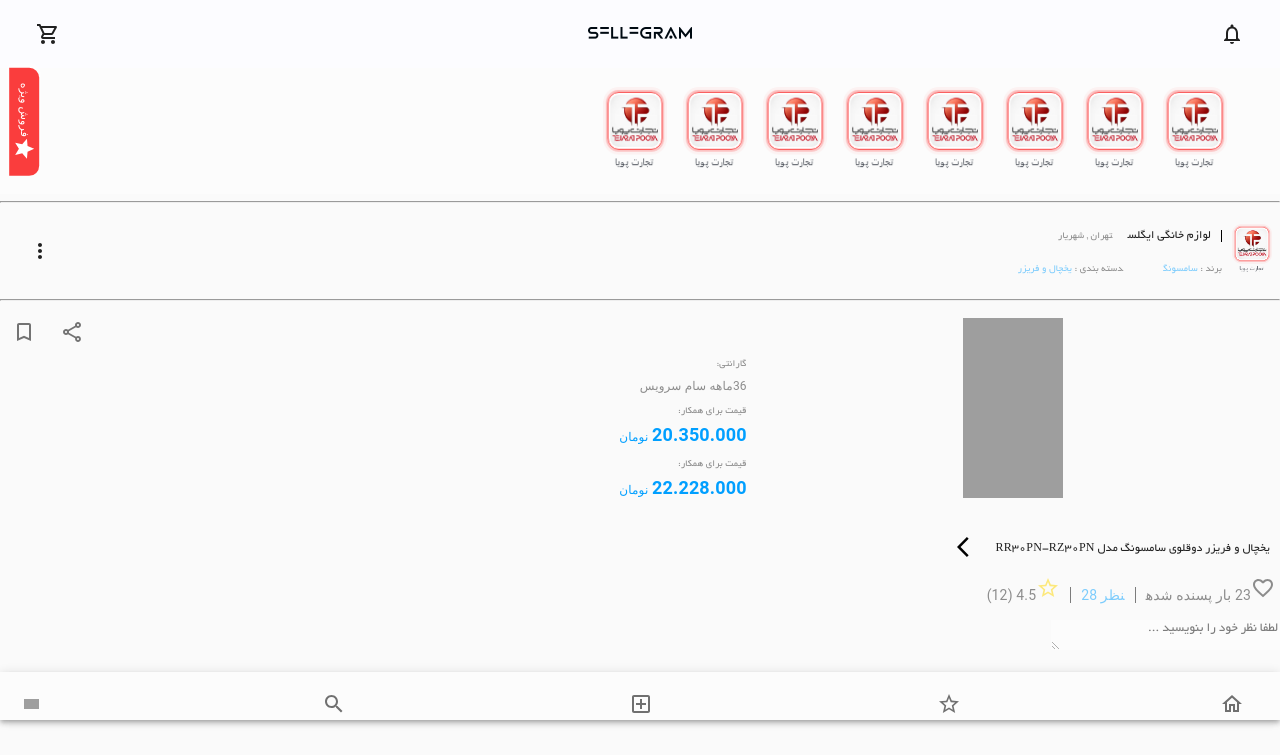
Repository: sadegh1379/selegram
Page: /login-4
These files come from the project's save history. The page is drawn as it stood at one moment and after a run of saves; the edit follows.
The browser window is 1280 px wide. The pictures show the whole page.
Pictures or frames that could not be fetched are drawn as grey boxes. The project was rebuilt for these pictures with package versions that can differ from the ones it lists, and the page was loaded fresh each time. Also part of the build but not shown: src/components/login/Login.js, src/components/login/LoginOne.js, src/components/login/LoginThree.js.

Above is the page before, as saved 2020-09-09 14:40:19.

### public/index.html
<!DOCTYPE html>
<html lang="en">
  <head>
    <meta charset="utf-8" />
    <link rel="icon" href="%PUBLIC_URL%/favicon.ico" />
    <meta
      name="viewport"
      content="minimum-scale=1, initial-scale=1, width=device-width"
    />
    <meta name="theme-color" content="#000000" />
    <meta
      name="description"
      content="Web site created using create-react-app"
    />
    <link rel="apple-touch-icon" href="%PUBLIC_URL%/logo192.png" />
    <!--
      manifest.json provides metadata used when your web app is installed on a
      user's mobile device or desktop. See https://developers.google.com/web/fundamentals/web-app-manifest/
    -->
    <link rel="manifest" href="%PUBLIC_URL%/manifest.json" />
    <!--
      Notice the use of %PUBLIC_URL% in the tags above.
      It will be replaced with the URL of the `public` folder during the build.
      Only files inside the `public` folder can be referenced from the HTML.

      Unlike "/favicon.ico" or "favicon.ico", "%PUBLIC_URL%/favicon.ico" will
      work correctly both with client-side routing and a non-root public URL.
      Learn how to configure a non-root public URL by running `npm run build`.
    -->
    <title>React App</title>
  </head>
  <body dir="rtl">
    <noscript>You need to enable JavaScript to run this app.</noscript>
    <div id="root"></div>
    <!--
      This HTML file is a template.
      If you open it directly in the browser, you will see an empty page.

      You can add webfonts, meta tags, or analytics to this file.
      The build step will place the bundled scripts into the <body> tag.

      To begin the development, run `npm start` or `yarn start`.
      To create a production bundle, use `npm run build` or `yarn build`.
    -->
  </body>
</html>

### src/index.js
import React from 'react';
import ReactDOM from 'react-dom';
import App from './App';
import { createMuiTheme, ThemeProvider } from '@material-ui/core/styles';
import RTL from './RTL';
import {BrowserRouter as Router} from 'react-router-dom';
// import '../node_modules/bootstrap/dist/css/bootstrap.css';
import {DataProvider} from './context'

const theme = createMuiTheme({
  direction: 'rtl', // Both here and <body dir="rtl">
});

ReactDOM.render(
      <ThemeProvider theme={theme}>
                      <RTL>
                          <Router>
                              <DataProvider>
                                    <App />
                              </DataProvider>
                          </Router>
                      </RTL>
      </ThemeProvider>
  ,
  document.getElementById('root')
);

### src/App.js
import React from 'react';
import './App.css';
import {Switch , Route} from 'react-router-dom';

import Login from './components/login/Login';
import LoginOne from './components/login/LoginOne';
import LoginThree from './components/login/LoginThree';
import LoginFour from './components/body/LoginFour'

function App() {
  return (
    <div className="App">
      <Switch>
        <Route exact path="/" component={(props)=><Login {...props}/>} />
        <Route exact path="/login-1" component={(props)=><LoginOne {...props}/>} />
        <Route exact path="/login-3" component={(props)=><LoginThree {...props}/>} />
        <Route exact path="/login-4" component={(props)=><LoginFour {...props}/>} />
      </Switch>
    </div>
  );
}

export default App;

### src/RTL.js
import React from 'react'
import { create } from 'jss';
import rtl from 'jss-rtl';
import { StylesProvider, jssPreset } from '@material-ui/core/styles';

// Configure JSS
const jss = create({ plugins: [...jssPreset().plugins, rtl()] });

function RTL(props) {
  return (
    <StylesProvider jss={jss}>
      {props.children}
    </StylesProvider>
  );
}

export default RTL;

### src/context.js
import React , {createContext ,Component}  from 'react';

const context = createContext()

 class DataProvider extends Component {
    constructor(props){
        super(props);

        this.state={
            kala:[{
                name:'sadegh',
                img:'./img/kala.png'
            },
            {
                name:'sadegh',
                img:'./img/kala.png'
            },
            {
                name:'sadegh',
                img:'./img/kala.png'
            },
            {
                name:'sadegh',
                img:'./img/kala.png'
            },
            {
                name:'sadegh',
                img:'./img/kala.png'
            },
            {
                name:'sadegh',
                img:'./img/kala.png'
            },
            {
                name:'sadegh',
                img:'./img/kala.png'
            },
            {
                name:'sadegh',
                img:'./img/kala.png'
            }
        ],
        select:'./img/ice.png'
        }
    }
    render() {
        return (
            <context.Provider value={{
                    ...this.state
            }}>
                {this.props.children}
            </context.Provider>
        )
    }
}

const DataConsumer = context.Consumer;

export { DataProvider , DataConsumer , context};

### src/App.css
@font-face {
    font-family: BYekan;
    src: url('./font/BYekan.ttf') , url('./font/BYekan.eot') , url('./font/BYekan.woff');
  }

html , body , #root{
    margin: 0px ;
    padding:0px;

}
.font-yekan{
    font-family: BYekan !important;
  }
label{
    color:#034DA2 !important;
    font-size: 14px;

    font-weight: small !important;

    margin-right: 10px;
    font-family: BYekan !important;
}

.color-text{
  color:#404D66
}

.no-scroll::-webkit-scrollbar{
  display: none;

}
.no-scroll{
  -ms-overflow-style: none ;
  scrollbar-width: none;
}

.lighblue{
  color:#009FFF;
}
.font-10-px{
  font-size: 10px;
}
.font-12-px{
  font-size: 12px;
}
.text-right{
  text-align: right;
}
.text-left{
  text-align: left;
}

.opacity{
  opacity: 0.5;

}

.money-color{
  color:#009FFF;
  font-size:18px;
  font-weight: bolder  ;
}

.toman-blue{
  font-size: 12px;
  color:#009FFF ;

}

### src/components/body/LoginFour.js
import React , {useContext} from 'react';
import Navbar from '../static/Navbar';
import Button from '@material-ui/core/Button';
import Grid from '@material-ui/core/Grid'
import {context} from '../../context';
import useStyles from './styles';
import StarIcon from '@material-ui/icons/Star';
import Menu from '@material-ui/core/Menu';
import MenuItem from '@material-ui/core/MenuItem';
import MoreVertIcon from '@material-ui/icons/MoreVert';
import BookmarkBorderIcon from '@material-ui/icons/BookmarkBorder';
import ShareOutlinedIcon from '@material-ui/icons/ShareOutlined';
import { IconButton } from '@material-ui/core';
import ArrowBackIosIcon from '@material-ui/icons/ArrowBackIos';
import FavoriteBorderOutlinedIcon from '@material-ui/icons/FavoriteBorderOutlined';
import BottomAppBar from '../static/BottomAppBar';
import StarBorderIcon from '@material-ui/icons/StarBorder';



function LoginFour() {
    const classes = useStyles();
    const [anchorEl, setAnchorEl] = React.useState(null);
    const [opinion , setOpinion] = React.useState('لطفا نظر خود را بنویسید ...');

    const data = useContext(context);
    console.log(data);

    // fordropdown---------

    const handleClick = (event) => {
        setAnchorEl(event.currentTarget);
      };

      const handleClose = () => {
        setAnchorEl(null);
      };

      //-------------------

    return (
        <React.Fragment>
            <Navbar/>
             <Grid className={classes.loginFour}>

                    <Grid className={classes.carouselContainer}>
                        <ul className="no-scroll" style={{display:'flex' , overflow:'scroll' , listStyle:'none' }}>
                            <span className={classes.ulf}>
                                <StarIcon/>
                                    فروش ویژه
                            </span>
                            {data.kala.map((item , i)=>{
                                return(
                                    <li style={{margin:'0px 8px' }} key={i}>
                                        <img style={{width:'64px' , height:'83px'}}  src={item.img} alt=""/>


                                    </li>
                                )
                            })
                            }
                        </ul>
                    </Grid><hr/>

                    {/* information component */}

                    <Grid className={classes.informationGrid}>
                        <Grid item ><img alt="img" style={{width:'40px'}} src={data.kala[2].img}/></Grid>
                        <Grid item  className={classes.informationText}>
                            <span className="font-yekan font-12-px" style={{borderRight:'1px solid black' , paddingRight:'10px' }}>لوازم خانگی  ایگلس</span>
                            <span className="font-yekan  font-10-px" style={{marginRight:'15px' , opacity:'0.5'}}>تهران , شهریار</span><br/>
                            <span className="font-yekan font-10-px" style={{opacity:'0.5'}}>برند  :  <span className="lighblue">سامسونگ</span></span>
                            <span className="font-yekan font-10-px" style={{opacity:'0.5', marginRight:'40px'}}>دسته بندی  : <span className="lighblue">یخچال و فریزر</span></span>
                        </Grid>
                        <Grid item>
                            <div>
                                <Button aria-controls="simple-menu" aria-haspopup="true" onClick={handleClick}>
                                    <MoreVertIcon/>
                                </Button>
                                <Menu
                                    id="simple-menu"
                                    anchorEl={anchorEl}
                                    keepMounted
                                    open={Boolean(anchorEl)}
                                    onClose={handleClose}
                                >
                                    <MenuItem onClick={handleClose}>Profile</MenuItem>
                                    <MenuItem onClick={handleClose}>My account</MenuItem>
                                    <MenuItem onClick={handleClose}>Logout</MenuItem>
                                </Menu>
                            </div>
                        </Grid>
                    </Grid><hr/>
                    {/* body */}
                    <Grid className={classes.body}>
                        <Grid className={classes.bodyImg} item md={5} sm={5} xs={5}>
                            <img style={{width:'100px' , height:'180px' ,imageResolution:'from-image'}} src={data.select} alt=""/>
                        </Grid>
                        <Grid item md={7} sm={7} xs={7}>
                            <div  className="text-left">
                                <IconButton>
                                    <ShareOutlinedIcon/>
                                </IconButton>
                                <IconButton>
                                    <BookmarkBorderIcon/>
                                </IconButton>

                            </div>
                            <div  style={{lineHeight:'10px'}}>
                                    <span className="font-10-px opacity font-yekan">گارانتی:</span><p className="font-12-px opacity">36ماهه سام سرویس</p>
                                    <span className="font-10-px opacity font-yekan">قیمت برای همکار:</span><p ><span className="money-color">20.350.000</span> <span className="toman-blue">نومان</span> </p>
                                    <span className="font-10-px opacity font-yekan">قیمت برای همکار:</span><p ><span className="money-color">22.228.000</span> <span className="toman-blue">نومان</span> </p>

                            </div>

                        </Grid>
                    </Grid>

                    <Grid className={classes.getArrow}>
                        <span className="font-12-px font-yekan"> یخچال و فریزر دوقلوی سامسونگ مدل RR30PN-RZ30PN </span>
                        <IconButton >
                                <ArrowBackIosIcon className={classes.color_black}/>
                        </IconButton>
                    </Grid>
                    {/* liked */}
                    <Grid className={classes.liked}>
                                <FavoriteBorderOutlinedIcon/>
                                <span>23 بار پسنده شده</span>
                                <span style={{borderLeft:'1px solid black' , margin:'0 10px'}}></span>
                                <span className="lighblue lightblue">نظر 28</span>
                                <span style={{borderLeft:'1px solid black' , margin:'0 10px'}}></span>
                                <StarBorderIcon className={classes.goldstar}/>
                                <span>4.5 (12)</span>

                    </Grid>
                    {/* Opinion */}
                    <Grid>
                    <form style={{width:'100%' , marginTop:'10px'}}  autoComplete="off">
                        <textarea style={{border:'0px'}} onChange={(e)=>setOpinion(e.target.value)} value={opinion} className="font-yekan opacity"  id="" cols="30" rows="2"></textarea>

                    </form>
                    </Grid>



            {/* bottom app bar */}
            <BottomAppBar img={data.select}/>
        </Grid>
    </React.Fragment>
    )
}

export default LoginFour

### src/components/static/Navbar.js
import React from 'react';
import Grid from '@material-ui/core/Grid';
import useStyles from './styles';
import ShoppingCartOutlinedIcon from '@material-ui/icons/ShoppingCartOutlined';
import NotificationsOutlinedIcon from '@material-ui/icons/NotificationsOutlined';
import Button from '@material-ui/core/Button';
import logo from './img/navlogo.png'

function Navbar() {
    const classes = useStyles();
    return (
      <Grid  className={classes.navContainer}>
          <Grid>
              <Button>
                <NotificationsOutlinedIcon/>
              </Button>
          </Grid>
          <Grid className={classes.navlogo}>
              <img style={{width:'50%'}} src={logo} alt="selegram"/>
          </Grid>
          <Grid>
                <Button>
                <ShoppingCartOutlinedIcon/>
                </Button>
          </Grid>
      </Grid>
    )
}

export default Navbar

### src/components/body/styles.js
import { makeStyles } from '@material-ui/core/styles';

const useStyles = makeStyles((theme) => ({
    loginFour:{
        marginBottom:'100px'
    }
    ,
    carouselContainer:{
        backgroundColor:'#FCFCFC',
        padding:'5px'
    },
    ulf:{
        backgroundColor:'#FA3D3D',
        position:'absolute',
        left:'-30px',
        marginTop:'20px',
        padding:'15px',
        // marginLeft:'0px',
        width:'100  px',
        height:'10px',
        transform:'rotateZ(-270deg)',
        display:'flex',
        alignItems:'center',
        justifyContent:'space-between',
        fontSize:'11px',
        color:'#FFFFFF',
        borderRadius:'10px 10px 0 0',
        boxShadow:'-3px 0px 6px'
    },
    informationGrid:{
            display:'flex',
            justifyContent:'space-between',
            padding:'8px',
            alignItems:'center'
    },
    informationText :{
        lineHeight:'30px',
        width:'100%',
        margin:'0 10px',
        padding:'0px'
    },
    body:{
        // backgroundColor:'gold',
        display:'flex'
    },
    bodyImg:{
        width:'100%',
        overflow:'hidden',
        padding:'10px',
        textAlign:'center'
    },
    getArrow:{
        padding:'10px'
    },
    color_black : {
        color:'black'
      },
    liked:{

        display:'felx'
        ,alignItems:'center',
        padding:'5px',
        marginTop:'-10px',
        opacity:'0.5'
    },
    goldstar:{
        color:'gold',

    },

}))


export default useStyles;

### src/components/static/BottomAppBar.js
import React from 'react';
import { makeStyles } from '@material-ui/core/styles';
import AppBar from '@material-ui/core/AppBar';
import CssBaseline from '@material-ui/core/CssBaseline';
import Toolbar from '@material-ui/core/Toolbar';
import IconButton from '@material-ui/core/IconButton';
import AddBoxOutlinedIcon from '@material-ui/icons/AddBoxOutlined';
import SearchIcon from '@material-ui/icons/Search';
import StarBorderOutlinedIcon from '@material-ui/icons/StarBorderOutlined';
import HomeOutlinedIcon from '@material-ui/icons/HomeOutlined';

const useStyles = makeStyles((theme) => ({




  appBar: {
    top: 'auto',
    bottom: 0,
    height:'48px',
    backgroundColor:'#FCFCFC'
  },
  grow: {
    flexGrow: 1,
  },

  toolBar:{
    display:'flex',
    justifyContent:'space-between',
    alignItems:'center'
  },
  icons:{

    color:'#707070'
  }
}));

export default function BottomAppBar(props) {
  const classes = useStyles();

  return (
    <React.Fragment>
      <CssBaseline />

      <AppBar position="fixed" color="default" className={classes.appBar}>
        <Toolbar className={classes.toolBar}>
          <IconButton edge="start" color="inherit" aria-label="open drawer">
            <HomeOutlinedIcon className={classes.icons} />
          </IconButton>
          <IconButton edge="end" color="inherit">
            <StarBorderOutlinedIcon className={classes.icons}/>
          </IconButton>
          <IconButton color="inherit">
            <AddBoxOutlinedIcon className={classes.icons}/>
          </IconButton>
          <IconButton color="inherit">
            <SearchIcon className={classes.icons}/>
          </IconButton>
          <IconButton edge="start" color="inherit" aria-label="open drawer">
            <img style={{width:'14.6px'}} src={props.img} alt=""/>
          </IconButton>
        </Toolbar>
      </AppBar>
    </React.Fragment>
  );
}

### src/components/static/styles.js
import { makeStyles } from '@material-ui/core/styles';

const useStyles = makeStyles((theme) => ({
    navContainer:{
        display:'flex',
        justifyContent:'space-between',
        backgroundColor:'#FCFCFF',
        padding:'16px',
        opacity:'100%',
        alignItems:'center'
    },
    navlogo:{
        textAlign:'center'
    }
}))


export default useStyles;

After the next 2 saves:
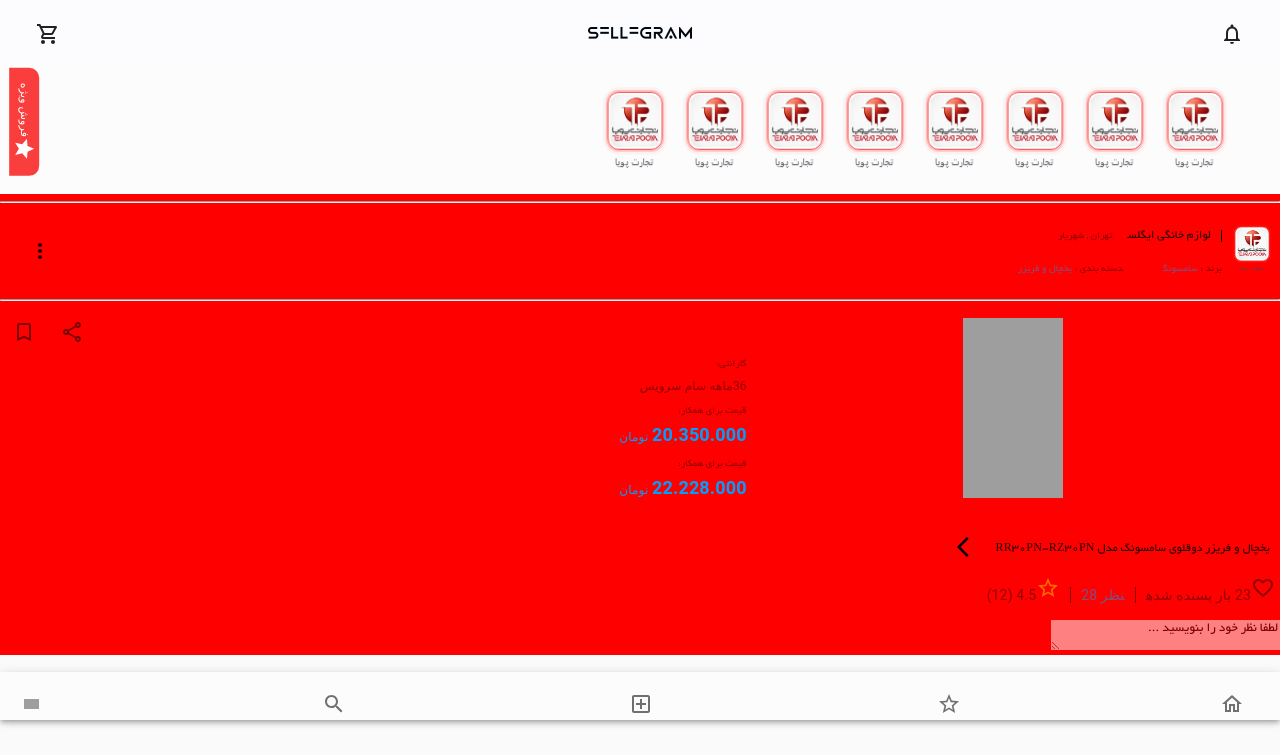
The 2 saves are shown as one change because they came seconds apart.
The last was saved 71 s later.
--- a/src/components/body/styles.js
+++ b/src/components/body/styles.js
@@ -2,7 +2,8 @@
 
 const useStyles = makeStyles((theme) => ({
     loginFour:{
-        marginBottom:'100px'
+        marginBottom:'100px',
+        backgroundColor:'red'
     }
     ,
     carouselContainer:{

After the save that followed:
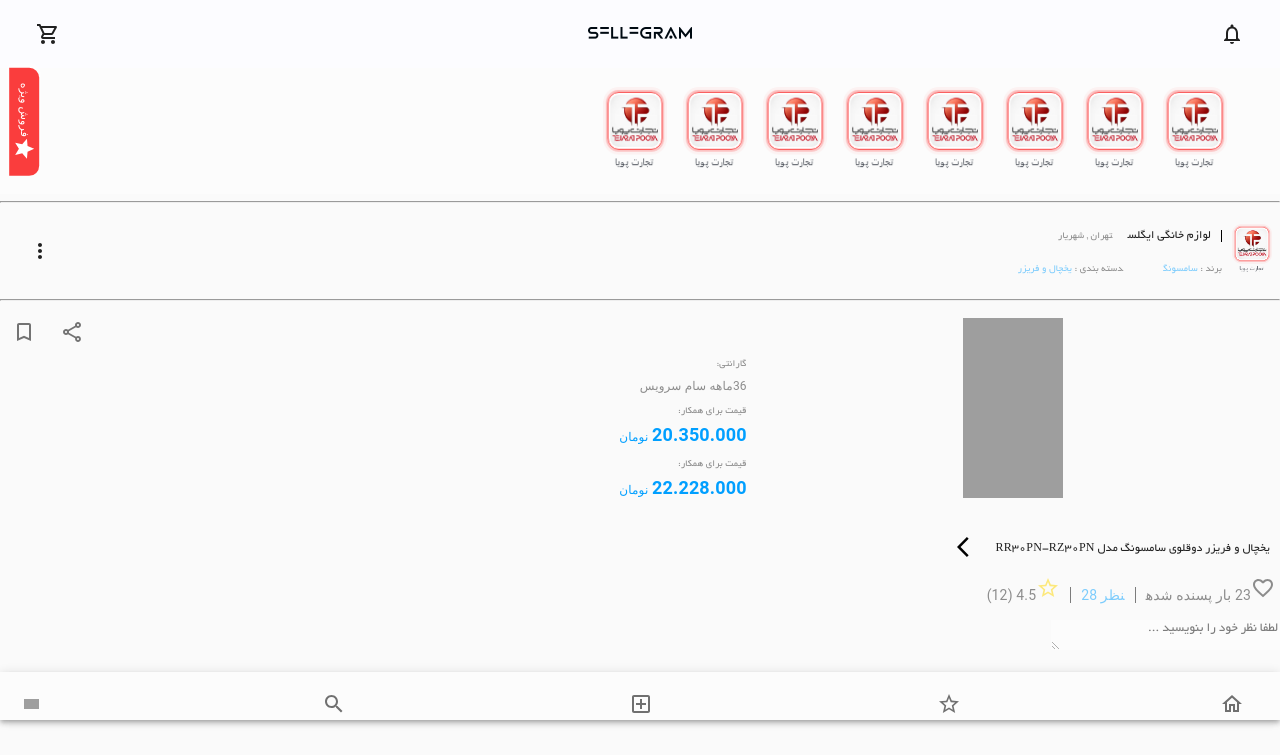
Saved 8 s later.
--- a/src/components/body/styles.js
+++ b/src/components/body/styles.js
@@ -3,7 +3,6 @@
 const useStyles = makeStyles((theme) => ({
     loginFour:{
         marginBottom:'100px',
-        backgroundColor:'red'
     }
     ,
     carouselContainer:{
